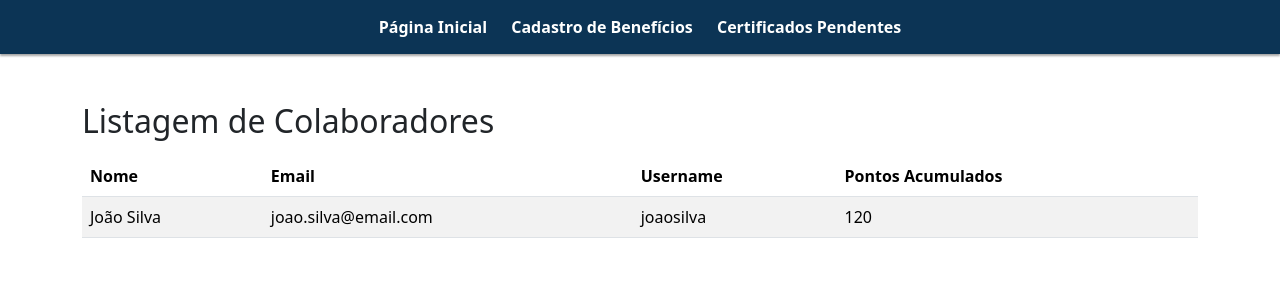
Repository: mumuryllo/ProjetoZupPointsCatalisa5
Page: ZuPointsCatalisa5 Front-End/gestor.html
These files come from the project's save history. The page is drawn as it stood at one moment and after the next save; the edit follows.
The browser window is 1280 px wide. The pictures show the whole page.
The page's requests for data from a server got no answer.

Above is the page before, as saved 2023-10-12 18:04:07.

After the next save:
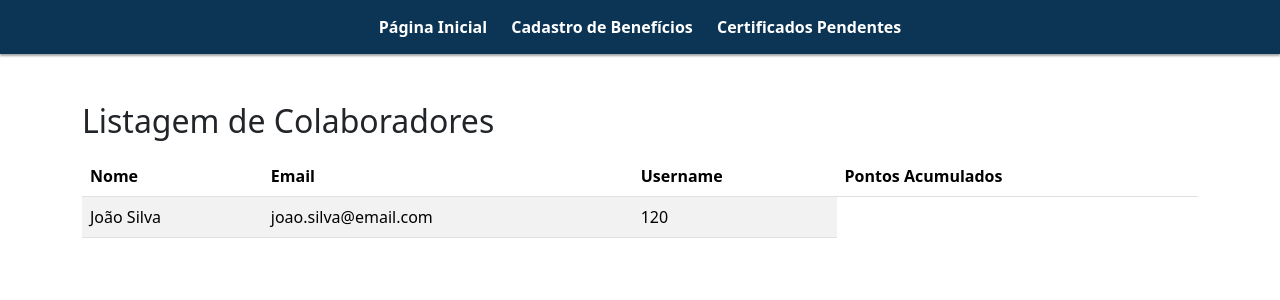
Saved 6 s later.
--- a/ZuPointsCatalisa5 Front-End/gestor.html
+++ b/ZuPointsCatalisa5 Front-End/gestor.html
@@ -39,7 +39,6 @@
             <tr>
                 <td>João Silva</td>
                 <td>joao.silva@email.com</td>
-                <td>joaosilva</td>
                 <td>120</td>
             </tr>
         </tbody>
